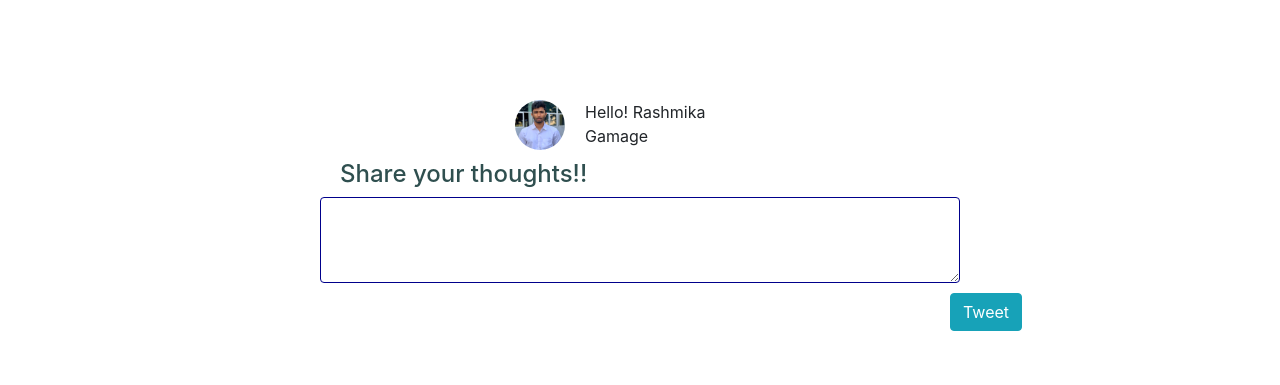
Repository: rashmikagamage/OAuth-Implementation
Page: / (app in frontend/)
An editor plug-in stored every save of this project. The page is shown before and after the next save, followed by the edit.
The browser window is 1280 px wide. The pictures show the whole page.
Some web libraries are served in a nearby version. The project was rebuilt for these pictures with package versions that can differ from the ones it lists, and the page was loaded fresh each time. Also part of the build but not shown: frontend/src/components/login.js, frontend/src/components/git-home.js, frontend/src/App.css.

Above is the page before, as saved 2021-09-08 10:46:33.

### frontend/public/index.html
<!DOCTYPE html>
<html lang="en">
  <head>
    <meta charset="utf-8" />
    <link rel="icon" href="%PUBLIC_URL%/favicon.ico" />
    <meta name="viewport" content="width=device-width, initial-scale=1" />
    <meta name="theme-color" content="#000000" />
    <meta
      name="description"
      content="Web site created using create-react-app"
    />
    <link rel="apple-touch-icon" href="%PUBLIC_URL%/logo192.png" />
    <!--
      manifest.json provides metadata used when your web app is installed on a
      user's mobile device or desktop. See https://developers.google.com/web/fundamentals/web-app-manifest/
    -->
    <link rel="manifest" href="%PUBLIC_URL%/manifest.json" />
    <link rel="stylesheet" href="https://pro.fontawesome.com/releases/v5.13.0/css/all.css">
    <link rel="shortcut icon" href="%PUBLIC_URL%/favicon.ico">
    <!--
      Notice the use of %PUBLIC_URL% in the tags above.
      It will be replaced with the URL of the `public` folder during the build.
      Only files inside the `public` folder can be referenced from the HTML.

      Unlike "/favicon.ico" or "favicon.ico", "%PUBLIC_URL%/favicon.ico" will
      work correctly both with client-side routing and a non-root public URL.
      Learn how to configure a non-root public URL by running `npm run build`.
    -->
    <link rel="stylesheet" href="https://maxcdn.bootstrapcdn.com/bootstrap/4.0.0/css/bootstrap.min.css" integrity="sha384-Gn5384xqQ1aoWXA+058RXPxPg6fy4IWvTNh0E263XmFcJlSAwiGgFAW/dAiS6JXm" crossorigin="anonymous">
    <title>React App</title>

  </head>
  <body>

    <noscript>You need to enable JavaScript to run this app.</noscript>
    <div id="root"></div>
    <!--
      This HTML file is a template.
      If you open it directly in the browser, you will see an empty page.

      You can add webfonts, meta tags, or analytics to this file.
      The build step will place the bundled scripts into the <body> tag.

      To begin the development, run `npm start` or `yarn start`.
      To create a production bundle, use `npm run build` or `yarn build`.
    -->
    <script src="https://code.jquery.com/jquery-3.2.1.slim.min.js" integrity="sha384-KJ3o2DKtIkvYIK3UENzmM7KCkRr/rE9/Qpg6aAZGJwFDMVNA/GpGFF93hXpG5KkN" crossorigin="anonymous"></script>
    <script src="https://cdnjs.cloudflare.com/ajax/libs/popper.js/1.12.9/umd/popper.min.js" integrity="sha384-ApNbgh9B+Y1QKtv3Rn7W3mgPxhU9K/ScQsAP7hUibX39j7fakFPskvXusvfa0b4Q" crossorigin="anonymous"></script>
    <script src="https://maxcdn.bootstrapcdn.com/bootstrap/4.0.0/js/bootstrap.min.js" integrity="sha384-JZR6Spejh4U02d8jOt6vLEHfe/JQGiRRSQQxSfFWpi1MquVdAyjUar5+76PVCmYl" crossorigin="anonymous"></script>
  </body>
</html>

### frontend/src/App.js
import Login from './components/login';
import GitHome from './components/git-home';
import TwitterHome from './components/twitter-home';
import {BrowserRouter as Router, Route} from "react-router-dom";
import './App.css';

function App() {
  return (

    <Router>{
      <div>
          <switch>
              <Route path="/login" component={Login}/>
              <Route path="/auth/github/callback" component={GitHome}/>
              <Route path="/" component={TwitterHome}/>
          </switch>
      </div>
  }

  </Router>
  );
}

export default App;

### frontend/src/components/twitter-home.js
import "../css/twitter.css";
import avatar from "../images/my.jpg";
import React, { useState } from "react";
const axios = require("axios").default;

function TwitterHome(props) {

  const [username,setUserName] = useState("Rashmika Gamage");
    function tweet(){

    }
  return (
    <div>
      <div class="container avatar-cont">
        <div class="row">
          <div class="col-sm-3">
          <img src={avatar} alt="Avatar" class="avatar"></img>
          </div>
          <div class="col-sm">
          Hello! {username}
          </div>
        </div>
      </div>

      <h4 class="tweetHeader">Share your thoughts!!</h4>
         <textarea class="form-control text" id="exampleFormControlTextarea1" rows="3"></textarea>
        <button type="button" class="btn btn-info twt-button" onClick={() => tweet()} >Tweet</button>
    </div>
  );
}

export default TwitterHome;

### frontend/src/css/twitter.css
.login{
    width: 240px;
    margin-top: 50px;
    margin-left: 450px;
}
.margin5{
    margin-top: 55px;
}
.buttonSize{
    width: 250px;
    margin-left: 50px;
}
.text{
    margin: auto;
  width: 50%;
  border-color: darkblue;
}
.tweetHeader{
    color:darkslategrey;
    margin-left: 340px;
    margin-top: 10px;
}

.twt-button{
    margin-top: 10px;
    margin-left: 950px;
}

.avatar {
    vertical-align: middle;
    width: 50px;
    height: 50px;
    border-radius: 50%;
  }

.avatar-cont{
    width: 280px;
    margin-top: 100px;
}

Loaded but not shown: frontend/src/index.js (common file); frontend/src/index.css (common file); frontend/src/reportWebVitals.js (common file)

After the next save:
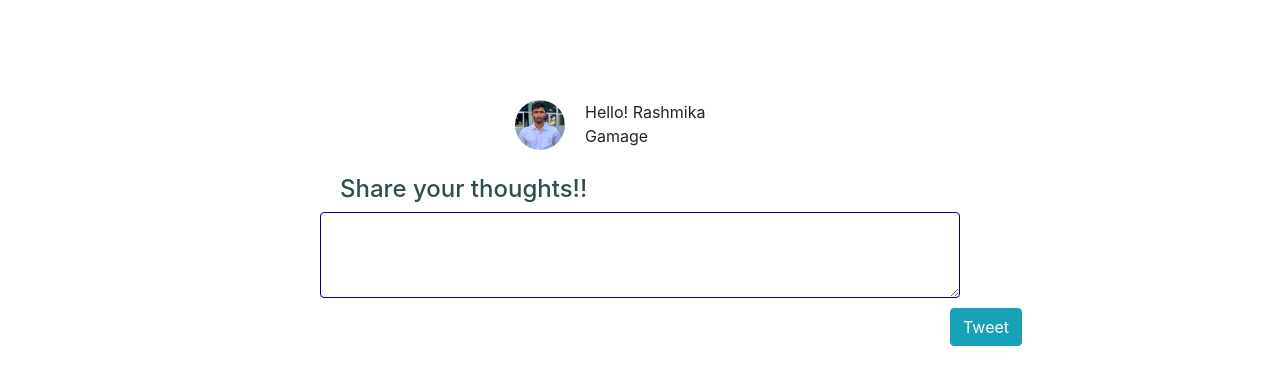
Saved 33 s later.
--- a/frontend/src/css/twitter.css
+++ b/frontend/src/css/twitter.css
@@ -36,4 +36,5 @@
 .avatar-cont{
     width: 280px;
     margin-top: 100px;
+    margin-bottom: 25px;
 }
